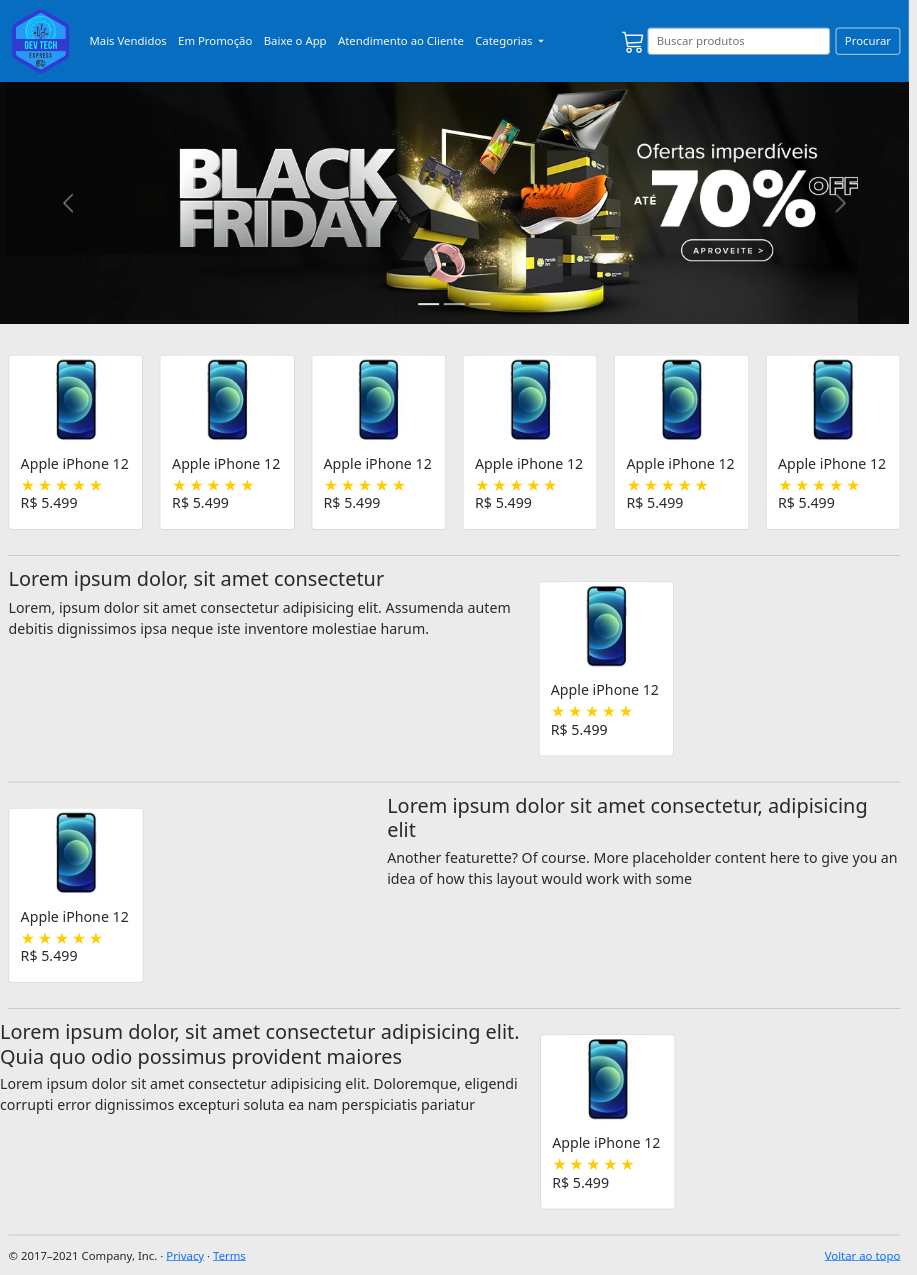
Repository: dantas-barreto/trabalho-interdisciplinar-IDW-IAP
Page: index.html
An editor plug-in stored every save of this project. The page is shown before and after the next save, followed by the edit.
The browser window is 1280 px wide. The page is 1292 px wide, so the pictures cover 1292 px, including what lies to the right of the window. The pictures show the whole page, at 71% of full size.
Some web libraries are served in a nearby version.

Above is the page before, as saved 2021-12-08 23:54:27.

After the next save:
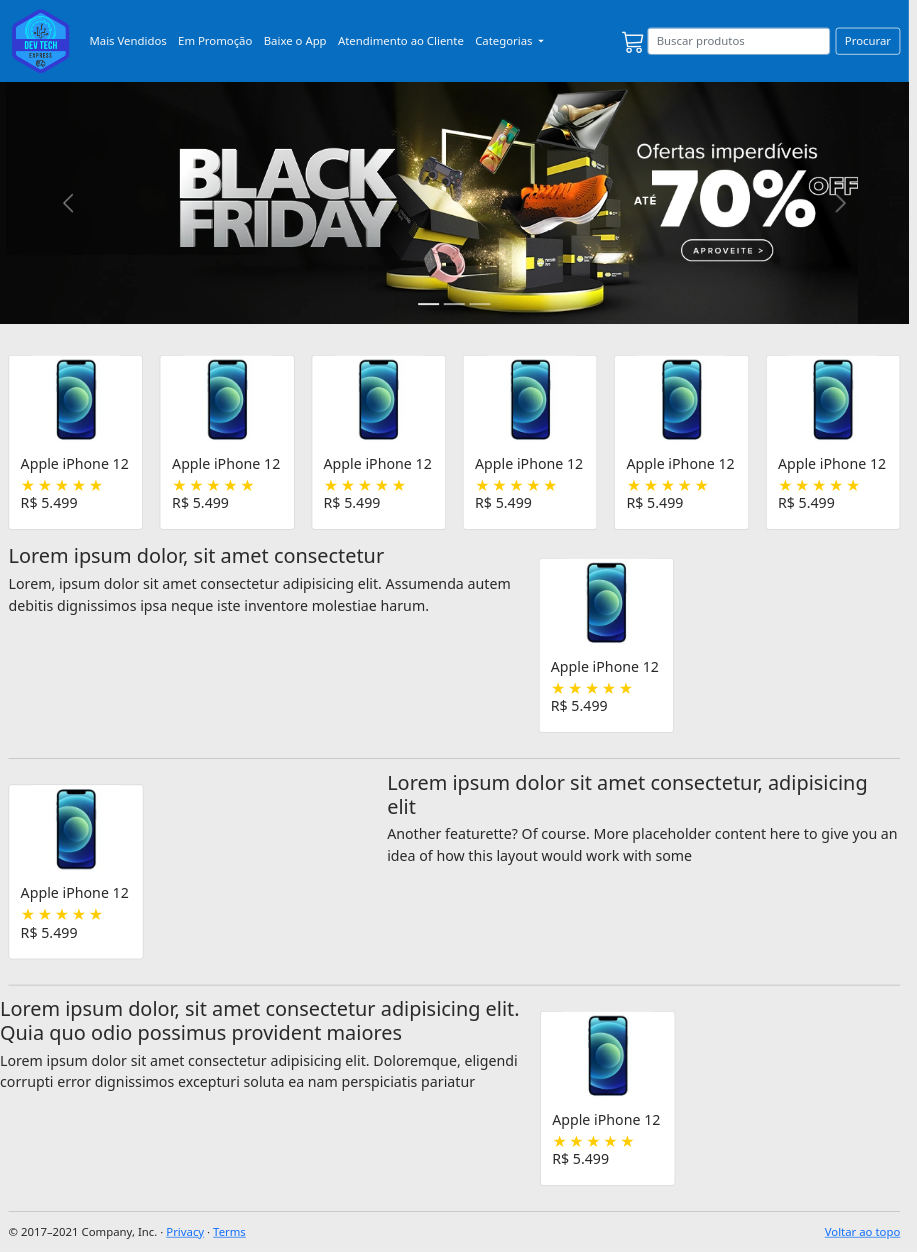
Saved 48 s later.
--- a/index.html
+++ b/index.html
@@ -293,13 +293,9 @@
           </div>
         </div>
 
-        <hr class="featurette-divider" />
-
-        <div class="row featurette">
+        <div class="row">
           <div class="col-md-7">
-            <h3 class="featurette-heading">
-              Lorem ipsum dolor, sit amet consectetur
-            </h3>
+            <h3 class="">Lorem ipsum dolor, sit amet consectetur</h3>
             <p class="lead">
               Lorem, ipsum dolor sit amet consectetur adipisicing elit.
               Assumenda autem debitis dignissimos ipsa neque iste inventore

After the save that followed:
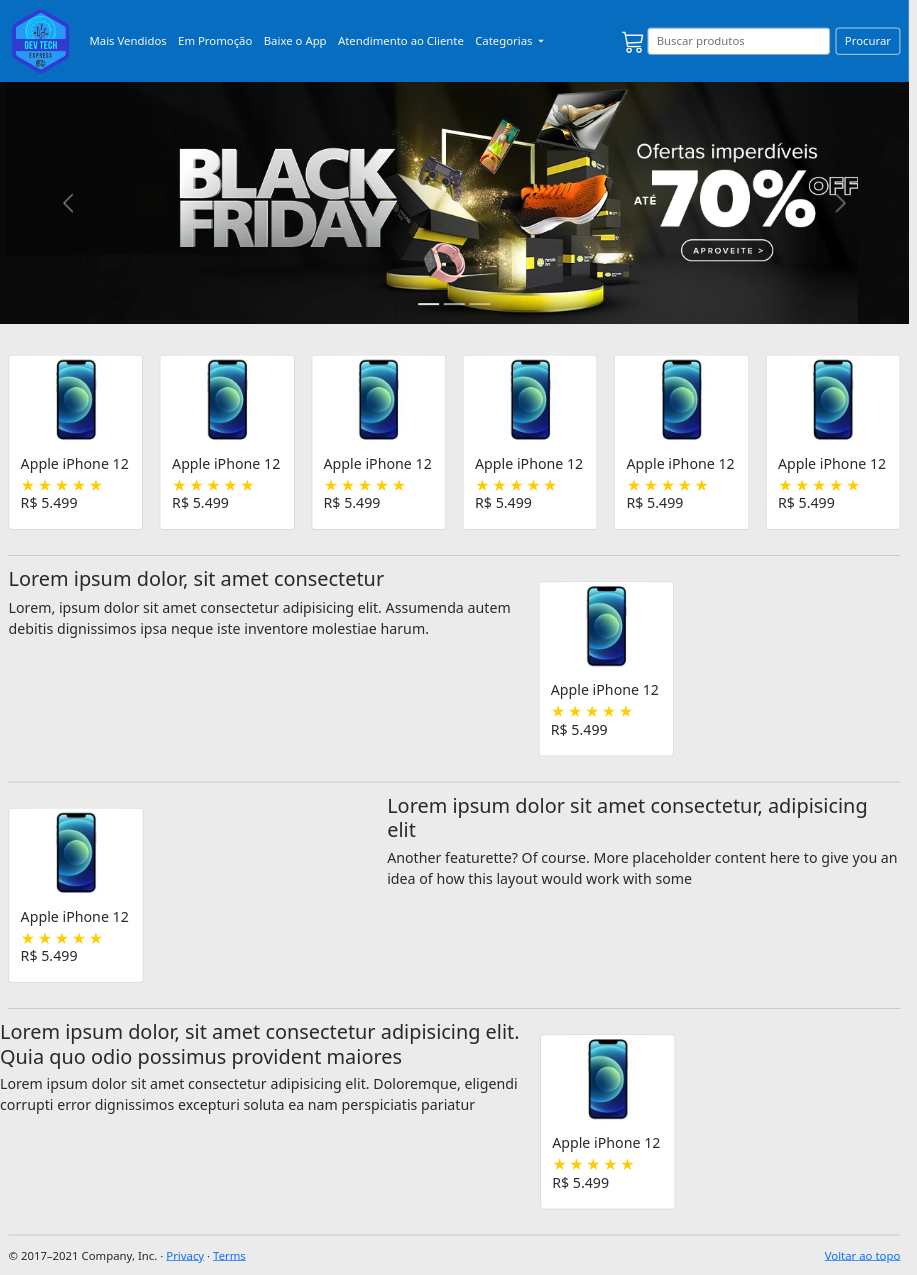
Saved 17 s later.
--- a/index.html
+++ b/index.html
@@ -293,6 +293,8 @@
           </div>
         </div>
 
+        <hr />
+
         <div class="row">
           <div class="col-md-7">
             <h3 class="">Lorem ipsum dolor, sit amet consectetur</h3>
